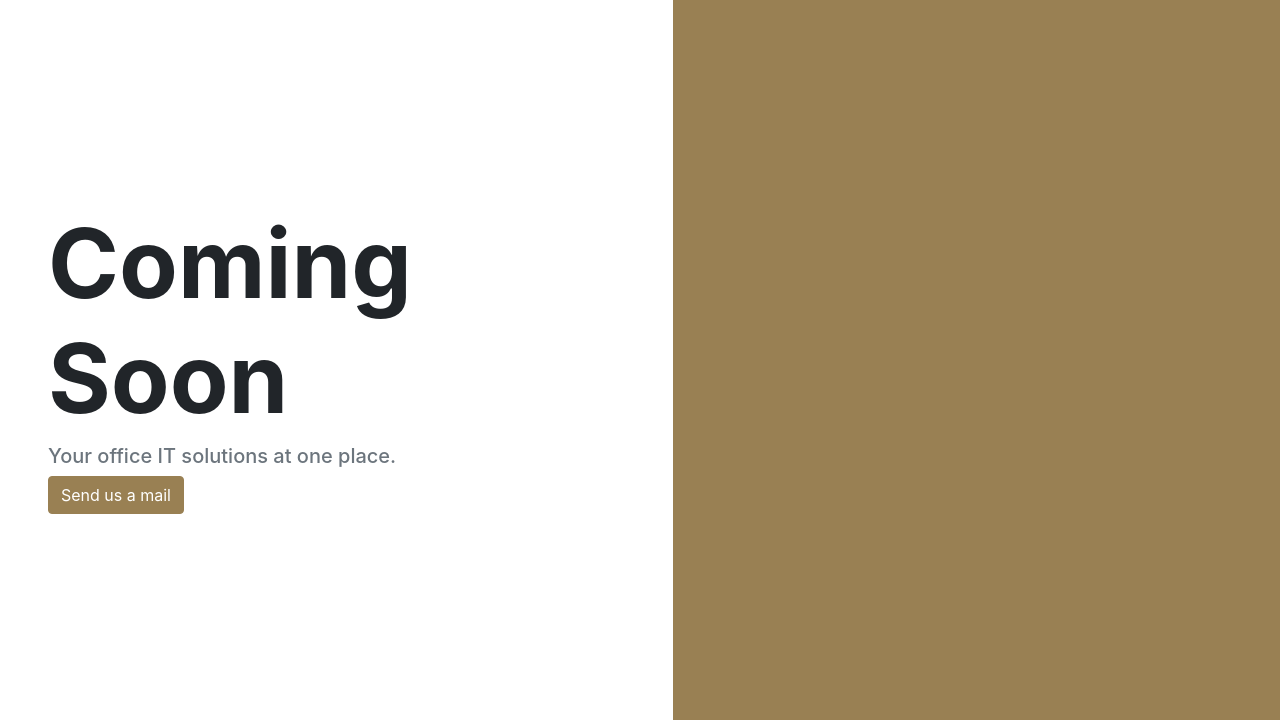
Repository: Thekxgh/website
Page: /
These files come from the project's save history. The page is drawn as it stood at one moment and after the next save; the edit follows.
The browser window is 1280 px wide. The pictures show the whole page.
The project was rebuilt for these pictures with package versions that can differ from the ones it lists, and the page was loaded fresh each time.

Above is the page before, as saved 2021-07-14 09:39:46.

### src/index.scss
$primary: #998053;
$dark: #050507;
$light-primary-bg: #DDDEE7;
$light-primary: #DDDEE7;
$theme-colors: (
    "primary": $primary,
    "info": $light-primary,
    "danger": teal,
    "dark": $dark
);

@import '~bootstrap/scss/bootstrap.scss';
body {
  margin: 0;
  font-family: -apple-system, BlinkMacSystemFont, 'Segoe UI', 'Roboto', 'Oxygen',
    'Ubuntu', 'Cantarell', 'Fira Sans', 'Droid Sans', 'Helvetica Neue',
    sans-serif;
  -webkit-font-smoothing: antialiased;
  -moz-osx-font-smoothing: grayscale;
}

code {
  font-family: source-code-pro, Menlo, Monaco, Consolas, 'Courier New',
    monospace;
}

### src/App.tsx
import React from 'react';
import { LandingPage } from './presentation/LandingPage';

function App() {
  return (
    <LandingPage />
  );
}

export default App;

### src/presentation/LandingPage.tsx
import { Col, Container, Row } from "react-bootstrap"

export const LandingPage = () => {
    return (
    <Container fluid>
        <Row className="min-vh-100 align-items-center">
            <Col className="p-5">
                <h1 className="display-1 font-weight-bold">Coming Soon</h1>
                <h5 className="text-muted">Your office IT solutions at one place.</h5>
                <a className="btn btn-primary" href="mailto:contact@thekxgh.com"> Send us a mail</a>
            </Col>
            <Col className="bg-primary min-vh-100">

            </Col>
        </Row>
    </Container>
    );
}

Loaded but not shown: public/index.html (common file); src/index.tsx (common file)

After the next save:
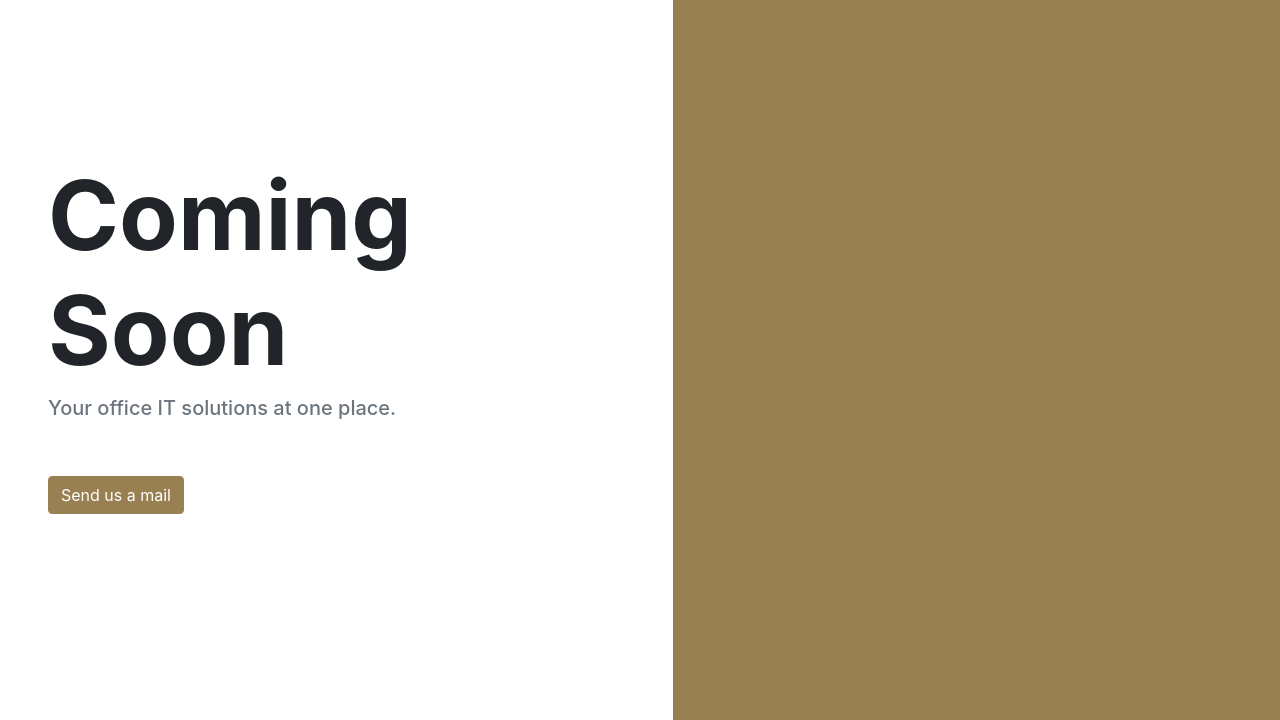
Saved 6 s later.
--- a/src/presentation/LandingPage.tsx
+++ b/src/presentation/LandingPage.tsx
@@ -7,7 +7,7 @@ export const LandingPage = () => {
             <Col className="p-5">
                 <h1 className="display-1 font-weight-bold">Coming Soon</h1>
                 <h5 className="text-muted">Your office IT solutions at one place.</h5>
-                <a className="btn btn-primary" href="mailto:contact@thekxgh.com"> Send us a mail</a>
+                <a className="btn btn-primary my-5" href="mailto:contact@thekxgh.com"> Send us a mail</a>
             </Col>
             <Col className="bg-primary min-vh-100">
 
